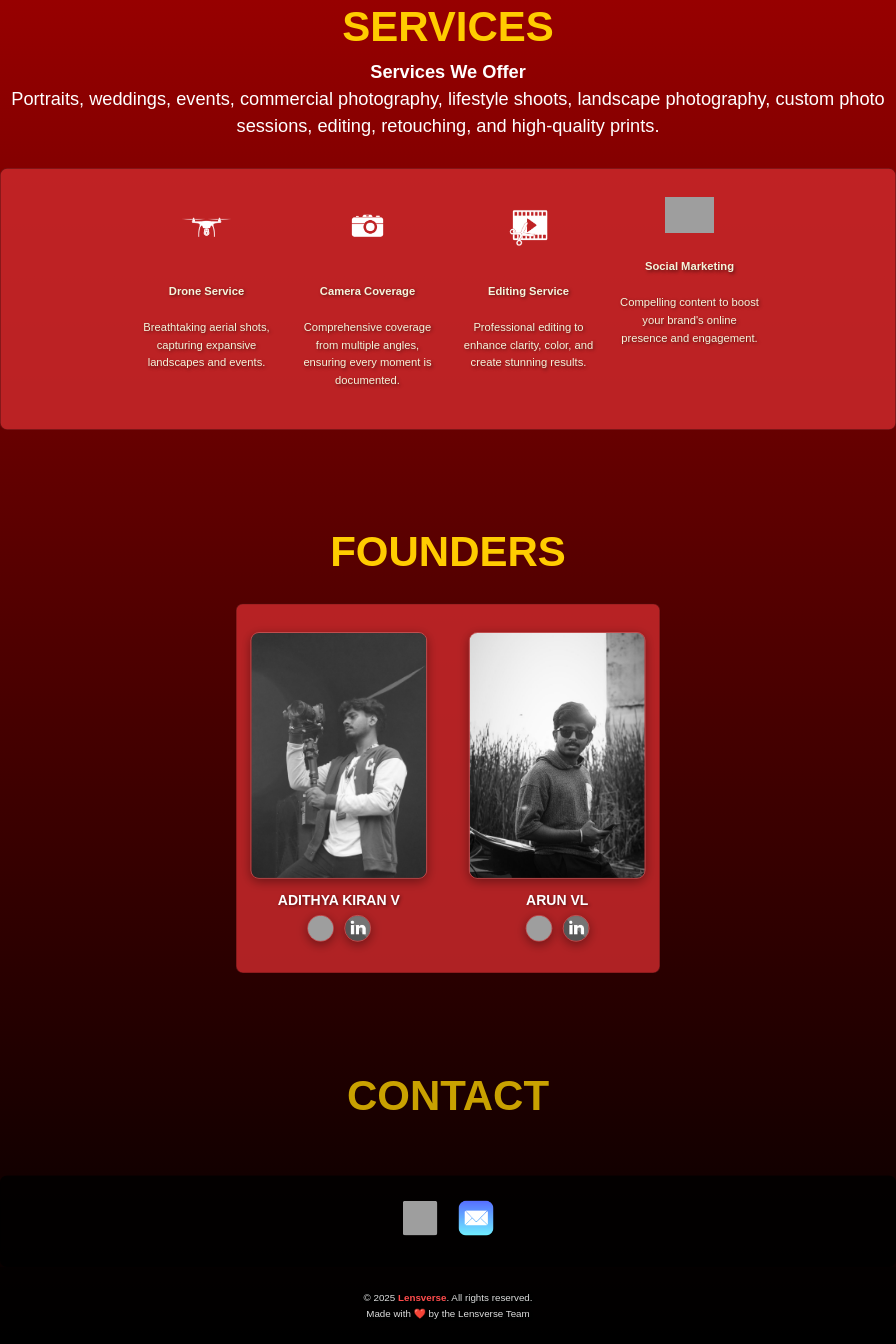
Repository: adithyakiran47/lensverse-frontend
Page: / (app in frontend/), after clicking the first element matching `button`
The author's editor kept a copy of each file at every save. The page is drawn from the files as they stood at one save, then again after the next save.
The browser window is 1280 px wide. The pictures show the part of the page from y = 1323 to 3243 px (the page is 3243 px tall), at 70% of full size.
Pictures or frames that could not be fetched are drawn as grey boxes. The project was rebuilt for these pictures with package versions that can differ from the ones it lists, and the page was loaded fresh each time.

Above is the page before, as saved 2025-06-20 14:10:51.

### frontend/public/index.html
<!DOCTYPE html>
<html lang="en">
  <head>
    <meta charset="utf-8" />
    <link rel="icon" href="%PUBLIC_URL%/favicon.ico" />
    <meta name="viewport" content="width=device-width, initial-scale=1" />
    <meta name="theme-color" content="#000000" />
    <meta
      name="description"
      content="Web site created using create-react-app"
    />
    <link rel="apple-touch-icon" href="%PUBLIC_URL%/logo192.png" />
    <!--
      manifest.json provides metadata used when your web app is installed on a
      user's mobile device or desktop. See https://developers.google.com/web/fundamentals/web-app-manifest/
    -->
    <link rel="manifest" href="%PUBLIC_URL%/manifest.json" />
    <!--
      Notice the use of %PUBLIC_URL% in the tags above.
      It will be replaced with the URL of the `public` folder during the build.
      Only files inside the `public` folder can be referenced from the HTML.

      Unlike "/favicon.ico" or "favicon.ico", "%PUBLIC_URL%/favicon.ico" will
      work correctly both with client-side routing and a non-root public URL.
      Learn how to configure a non-root public URL by running `npm run build`.
    -->
    <title>React App</title>
  </head>
  <body>
    <noscript>You need to enable JavaScript to run this app.</noscript>
    <div id="root"></div>
    <!--
      This HTML file is a template.
      If you open it directly in the browser, you will see an empty page.

      You can add webfonts, meta tags, or analytics to this file.
      The build step will place the bundled scripts into the <body> tag.

      To begin the development, run `npm start` or `yarn start`.
      To create a production bundle, use `npm run build` or `yarn build`.
    -->
      <footer class="footer">
  <div class="footer-content">
    <p>© 2025 <strong>Lensverse</strong>. All rights reserved.</p>
    <p>Made with ❤️ by the Lensverse Team</p>
  </div>
</footer>

  </body>
</html>

### frontend/src/App.js
import React, { useState } from 'react';
import './App.css';

import Header from './components/Header';
import Banner from './components/Banner';
import About from './components/About';
import Services from './components/Services';
import Team from './components/Team';
import Contact from './components/Contact';
import BookingForm from './components/BookingForm';


function App() {
  const [showForm, setShowForm] = useState(false);

  return (
    <>
      <Header />
      <Banner onBookClick={() => setShowForm(true)} />
      <About />
      <Services />
      <Team />
      <Contact />

      {showForm && (
        <div className="popup-backdrop">
          <div className="popup-form">
            <button className="close-btn" onClick={() => setShowForm(false)}>✖</button>
            <BookingForm onSuccess={() => setShowForm(false)} />
          </div>
        </div>
      )}
    </>
  );
}

export default App;

### frontend/src/App.css
.App {
  text-align: center;
}

.App-logo {
  height: 40vmin;
  pointer-events: none;
}

@media (prefers-reduced-motion: no-preference) {
  .App-logo {
    animation: App-logo-spin infinite 20s linear;
  }
}

.App-header {
  background-color: #282c34;
  min-height: 100vh;
  display: flex;
  flex-direction: column;
  align-items: center;
  justify-content: center;
  font-size: calc(10px + 2vmin);
  color: white;
}

.App-link {
  color: #61dafb;
}

@keyframes App-logo-spin {
  from {
    transform: rotate(0deg);
  }
  to {
    transform: rotate(360deg);
  }
}
.popup-backdrop {
  position: fixed;
  top: 0;
  left: 0;
  height: 100%;
  width: 100%;
  background: rgba(0, 0, 0, 0.7);
  display: flex;
  align-items: center;
  justify-content: center;
  z-index: 999;
}

.popup-form {
  background: white;
  padding: 30px;
  border-radius: 10px;
  width: 500px;
  position: relative;
  box-shadow: 0 8px 20px rgba(0, 0, 0, 0.3);
}

.close-btn {
  position: absolute;
  top: 10px;
  right: 15px;
  background: none;
  border: none;
  font-size: 20px;
  cursor: pointer;
}
.banner {
  display: flex;
  justify-content: space-between;
  align-items: center;
  padding: 40px;
  max-width: 1200px;
  margin: auto;
}

.banner h2 {
  font-size: 2rem;
  margin-bottom: 10px;
}

.banner p {
  font-size: 1.1rem;
  margin-bottom: 20px;
}

.banner button {
  padding: 10px 20px;
  background-color: #003f70;
  color: white;
  border: none;
  border-radius: 5px;
  cursor: pointer;
  font-size: 1rem;
}

.banner img {
  max-width: 150px;
  height: auto;
}

.banner-left {
  flex: 1;
  padding-right: 20px;
}

.banner-right {
  flex: 0 0 200px;
  display: flex;
  justify-content: center;
  align-items: center;
}
/* App.css */
body {
  margin: 0;
  padding: 0;
  background: linear-gradient(to bottom, #ff0000, #000000);
  font-family: 'Segoe UI', Tahoma, Geneva, Verdana, sans-serif;
  color: white;
}

.footer {
  background: rgba(0, 0, 0, 0.6);
  padding: 30px 20px;
  text-align: center;
  color: #ddd;
  font-family: "Montserrat", sans-serif;
  font-size: 14px;
  /*border-top: 1px solid rgba(255, 255, 255, 0.1);*/
}

.footer-content p {
  margin: 6px 0;
  text-shadow: 1px 1px 4px rgba(0, 0, 0, 0.5);
}

.footer-content strong {
  color: #ff4c4c;
}

### frontend/src/components/Header.js
// src/components/Header.js
import React from 'react';
import './Header.css'; // We'll create this next

const Header = () => {
  return (
    <div id="header">
      <div className="container">
        <div className="head1">
          <h1>LENSVERSE</h1>
        </div>
      </div>
    </div>
  );
};

export default Header;

### frontend/src/components/Banner.js
import React from 'react';
import './Banner.css';

const Banner = ({ onBookClick }) => {
  return (
    <div id="banner">
      <div className="container">
        <div className="banner-wrapper">
          <div className="banner-left">
            <h2 className="cap">Capturing every moment with precision</h2>
            <p>Lensverse, your coverage team in action!</p>
            <div className="from">
              <button onClick={onBookClick}>BOOK</button>
            </div>
          </div>
          <div className="banner-right">
            <img src="channel logo new transparent.png" alt="Lensverse Banner" />
          </div>
        </div>
      </div>
    </div>
  );
};

export default Banner;

### frontend/src/components/About.js
import React from 'react';
import './About.css';

const About = () => {
  return (
    <div id="about">
      <div className="container">
        <div className="about-wrapper">
          <div className="about-content">
            <h2>About Us - LENSVERSE</h2>
            <p><em>Live and breathe photography, capturing moments that tell stories and evoke emotions.</em></p>
            <ul>
              <li><b>Storytellers:</b> We capture moments that speak volumes.</li>
              <li><b>Creative Vision:</b> Blending tradition with innovation for unique images.</li>
              <li><b>Top-Tier Quality:</b> Using the latest gear for stunning, high-quality photos.</li>
            </ul>
          </div>
        </div>
      </div>
    </div>
  );
};

export default About;

### frontend/src/components/Services.js
// src/components/Services.js
import React from 'react';
import './Services.css';

const Services = () => {
  return (
    <div id="services">
      <div className="container">
        <div className="service-title">
          <h3>SERVICES</h3>
          <p><b>Services We Offer</b><br />
            Portraits, weddings, events, commercial photography, lifestyle shoots, landscape photography, custom photo sessions, editing, retouching, and high-quality prints.
          </p>
        </div>

        <div className="service-details">
          <div className="service-detail">
            <img src="/drone.png" alt="Drone Service" />
            <p><b>Drone Service</b><br /><br />Breathtaking aerial shots, capturing expansive landscapes and events.</p>
          </div>

          <div className="service-detail">
            <img src="/camera.png" alt="Camera Coverage" />
            <p><b>Camera Coverage</b><br /><br />Comprehensive coverage from multiple angles, ensuring every moment is documented.</p>
          </div>

          <div className="service-detail">
            <img src="/editing.png" alt="Editing Service" />
            <p><b>Editing Service</b><br /><br />Professional editing to enhance clarity, color, and create stunning results.</p>
          </div>

          <div className="service-detail">
            <img src="/social.png" alt="Social Marketing" />
            <p><b>Social Marketing</b><br /><br />Compelling content to boost your brand's online presence and engagement.</p>
          </div>
        </div>
      </div>
    </div>
  );
};

export default Services;

### frontend/src/components/Team.js
// src/components/Team.js
import React from 'react';
import './Team.css';

const Team = () => {
  return (
    <div id="team">
      <div className="container">
        <div className="members">
          <h4>FOUNDERS</h4>
          <div className="member service-details">

            <div className="kiran">
              <img src="IMG_0384.JPG" alt="Adithya Kiran V" />
              <h5>ADITHYA KIRAN V</h5>
              <div className="social">
                <a href="https://www.instagram.com/adithya.x/" target="_blank" rel="noreferrer">
                  <img src="/insta.png" alt="Instagram" />
                </a>
                <a href="https://linkedin.com" target="_blank" rel="noreferrer">
                  <img src="/linkedin.png" alt="LinkedIn" />
                </a>
              </div>
            </div>

            <div className="vl">
              <img src="IMG_0383.JPG" alt="Arun VL" />
              <h6>ARUN VL</h6>
              <div className="social">
                <a href="https://www.instagram.com/__arun_vl__/" target="_blank" rel="noreferrer">
                  <img src="/insta.png" alt="Instagram" />
                </a>
                <a href="https://linkedin.com" target="_blank" rel="noreferrer">
                  <img src="/linkedin.png" alt="LinkedIn" />
                </a>
              </div>
            </div>

          </div>
        </div>
      </div>
    </div>
  );
};

export default Team;

### frontend/src/components/Contact.js
// src/components/Contact.js
import React from 'react';
import './Contact.css';

const Contact = () => {
  return (
    <div id="contact">
      <div className="container">
        <div className="contactdetails">
          <h4>CONTACT</h4>
          <div className="contact-details">

            <div className="instapng">
              <a href="https://www.instagram.com/__lensverse__/" target="_blank" rel="noreferrer">
                <img src="/insta.png" alt="Instagram" />
              </a>
            </div>

            <div className="mailpng">
              <a href="mailto:lensversecontact@gmail.com">
                <img src="/mail.png" alt="Email" />
              </a>
            </div>

          </div>
        </div>
      </div>
    </div>
  );
};

export default Contact;

### frontend/src/components/BookingForm.js
import React, { useState } from 'react';
import axios from 'axios';

const BookingForm = ({ onSuccess }) => {
  const [form, setForm] = useState({
    name: '',
    email: '',
    eventDate: '',
    service: '',
    notes: '',
  });

  const handleChange = (e) => {
    setForm({ ...form, [e.target.name]: e.target.value });
  };

  const handleSubmit = async (e) => {
    e.preventDefault();
    console.log("📤 Submitting form:", form);
    try {
      const res = await axios.post('http://localhost:5000/api/bookings', form);
console.log("✅ Booking response:", res.data);
      alert('Booking Confirmed!');
      if (onSuccess) onSuccess();
    } catch (err) {
      console.error("❌ Booking error:", err);
      alert('Booking failed');
    }
  };

  return (
    <form onSubmit={handleSubmit}>
      <h2>Book an Event</h2>
      <input name="name" placeholder="Name" onChange={handleChange} required />
      <input name="email" placeholder="Email" onChange={handleChange} required />
      <input name="eventDate" type="date" onChange={handleChange} required />
      <select name="service" onChange={handleChange} required>
        <option value="">Select Service</option>
        <option value="Drone">Drone</option>
        <option value="Camera">Camera</option>
        <option value="Editing">Editing</option>
        <option value="Marketing">Marketing</option>
      </select>
      <textarea name="notes" placeholder="Notes" onChange={handleChange}></textarea>
      <button type="submit">Submit</button>
    </form>
  );
};

export default BookingForm;

### frontend/src/components/Header.css
/* Header.css */
#header {
  /* background:linear-gradient(rgb(255, 0, 0),rgb(0, 0, 0)) ; */
  padding: 15px;
  text-shadow: 2px 2px 5px rgba(0, 0, 0, 0.485);
}

.head1 h1 {
  font-family: "Bebas Neue", sans-serif;
  font-size: 50px;
  color: rgb(255, 255, 255);
  transition: color 0.3s ease;
  padding: auto;
  text-align: center;
}

.head1 h1:hover {
  color: white;
}

### frontend/src/components/Banner.css
#banner {
 /* background: linear-gradient(to bottom, #ff0000, #000000); /* Optional gradient */
  color: aliceblue;
  padding: 60px 20px;
  text-align: center; /* Center all content */
}

.banner-wrapper {
  display: flex;
  flex-direction: column; /* Stack content vertically */
  align-items: center;
  gap: 30px;
}

.banner-left .cap {
  font-size: 42px; /* Increased font size */
  font-weight: 600;
  margin-bottom: 20px;
  font-family: "Bebas Neue", sans-serif;
  text-shadow: 2px 2px 6px rgba(0, 0, 0, 0.5);
}

.banner-left p {
  font-size: 20px;
  margin-bottom: 30px;
  color: #ddd;
}

.from button {
  background-color: rgb(0, 55, 94);
  color: white;
  font-size: 18px;
  padding: 14px 28px;
  border: none;
  border-radius: 8px;
  cursor: pointer;
  transition: background-color 0.3s ease, transform 0.2s ease;
}

.from button:hover {
  background-color: rgb(0, 75, 120);
  transform: scale(1.05);
}

/* Banner image */
.banner-right img {
  max-width: 500px;
  height: auto;
  filter: drop-shadow(0 0 6px rgba(0, 0, 0, 0.3));
}

### frontend/src/components/About.css
#about {
  padding: 60px 20px;
  text-align: center;
}

.about-wrapper {
  max-width: 900px;
  margin: 0 auto;
  padding: 30px;
  background-color: rgb(88, 0, 0);
  border-radius: 10px;
  color: beige;
  text-shadow: 2px 2px 5px rgb(0, 0, 0);
  /*transition: background-color 0.3s ease, border 0.3s ease;*/
}


.about-content h2 {
  font-size: 40px;
  font-family: "Montserrat", sans-serif;
  margin-bottom: 20px;
}

.about-content p {
  font-size: 20px;
  font-family: "Montserrat", sans-serif;
  margin-bottom: 25px;
}

.about-content ul {
  list-style: none;
  padding-left: 0;
  font-size: 20px;
  font-family: "Montserrat", sans-serif;
}

.about-content li {
  margin-bottom: 12px;
}

### frontend/src/components/Services.css
/* Title Section */
.service-title {
  text-align: center;
  font-family: "Teko", sans-serif;
  margin-bottom: 40px;
}

.service-title h3 {
  font-size: 60px;
  color: rgb(255, 204, 0);
  margin: 20px 0 0 0;
}

.service-title p {
  color: #ffffff;
  font-size: 26px;
  margin-top: 10px;
  line-height: 1.5;
}

/* Services Container */
.service-details {
  display: flex;
  flex-wrap: wrap;
  justify-content: center;
  gap: 30px;
  padding: 40px 20px;
  background-color: rgba(205, 42, 45, 0.819);
  color: beige;
  font-family: "Montserrat", sans-serif;
  border-radius: 10px;
  border: 1px solid rgba(0, 0, 0, 0.397);
  text-shadow: 2px 2px 5px rgba(0, 0, 0, 0.485);
  transition: background-color 0.3s ease, border 0.3s ease;
}

/* Hover Effect */
.service-details:hover {
  background-color: rgba(253, 242, 241, 0.25);
  border: 1px solid rgba(0, 0, 0, 0.7);
  color: black;
}

/* Individual Card */
.service-detail {
  flex-basis: 200px;
  text-align: center;
  max-width: 250px;
}

.service-detail img {
  width: 70px;
  margin-bottom: 15px;
}

.service-detail p {
  font-size: 16px;
  line-height: 1.6;
}

### frontend/src/components/Team.css
#team {
  display: flex;
  justify-content: center;
  padding: 60px 20px;
  background-color: transparent;
  color: white;
  text-align: center;
}

.members h4 {
  font-family: "Teko", sans-serif;
  font-size: 60px;
  color: rgb(255, 204, 0);
  margin-bottom: 40px;
}

.member {
  display: flex;
  flex-wrap: wrap;
  justify-content: center;
  gap: 60px;
}

/* Each profile block */
.kiran, .vl {
  max-width: 280px;
}

.kiran img,
.vl img {
  width: 250px;
  height: 350px; /* Recommended size */
  object-fit: cover;
  border-radius: 12px;
  border: 1px solid rgba(255, 255, 255, 0.3);
  box-shadow: 0 4px 15px rgba(0, 0, 0, 0.4);
  filter: grayscale(100%);
  transition: filter 0.4s ease, transform 0.3s ease;
}

.kiran img:hover,
.vl img:hover {
  filter: grayscale(0%);
  transform: scale(1.03);
}

h5, h6 {
  font-size: 20px;
  margin: 15px 0 10px 0;
  font-family: "Montserrat", sans-serif;
  color: white;
}

.social {
  display: flex;
  justify-content: center;
  gap: 15px;
  margin-top: 10px;
}

.social img {
  width: 36px;
  height: 36px;
  border-radius: 50%;
  transition: transform 0.3s ease;
}

.social img:hover {
  transform: scale(1.2);
}

### frontend/src/components/Contact.css
.contactdetails {
  text-align: center;
  font-size: 60px;
  font-family: "Teko", sans-serif;
  color: rgb(201, 161, 0);
  margin-top: 40px;
}

.contact-details {
  display: flex;
  justify-content: center;
  gap: 30px;
  padding: 30px;
  margin-top: 20px;
  background-color: rgba(0, 0, 0, 0.819);
  border-radius: 10px;
  border: 1px solid rgba(0, 0, 0, 0.397);
  transition: background-color 0.3s ease, border 0.3s ease;
}

/*.contact-details:hover {
  background-color: rgba(253, 242, 241, 0.377);
  border: 1px solid rgba(0, 0, 0, 0.7);
}*/

.contact-details img {
  height: 50px;
  width: 50px;
  border-radius: 5px;
  transition: transform 0.2s ease;
}

.contact-details img:hover {
  transform: scale(1.1);
}

Loaded but not shown: frontend/src/index.js (common file); frontend/src/index.css (common file); frontend/src/reportWebVitals.js (common file)

After the next save:
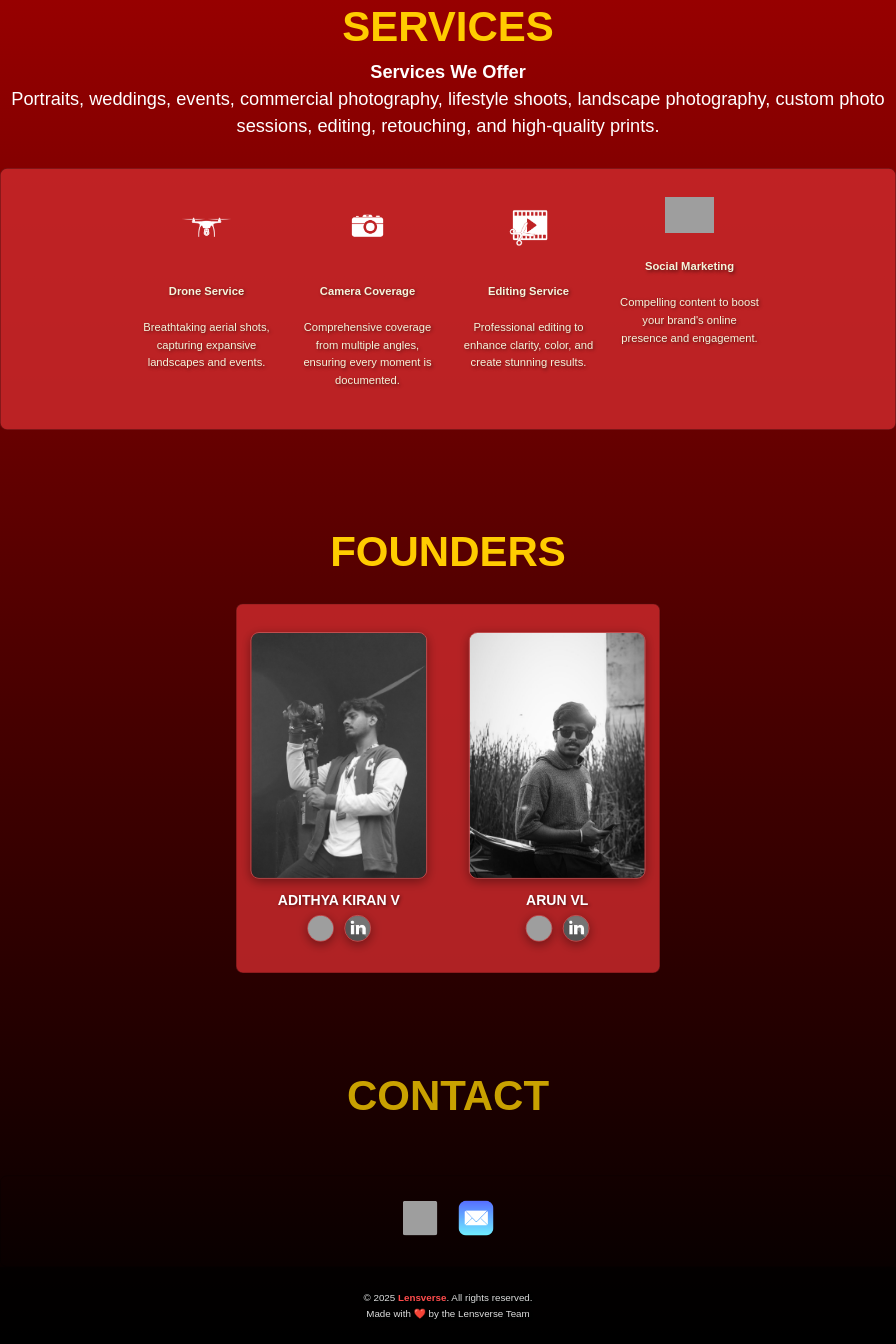
Saved 15 s later.
--- a/frontend/src/components/Contact.css
+++ b/frontend/src/components/Contact.css
@@ -12,7 +12,7 @@
   gap: 30px;
   padding: 30px;
   margin-top: 20px;
-  background-color: rgba(0, 0, 0, 0.819);
+  /*background-color: rgba(0, 0, 0, 0.819);*/
   border-radius: 10px;
   border: 1px solid rgba(0, 0, 0, 0.397);
   transition: background-color 0.3s ease, border 0.3s ease;
